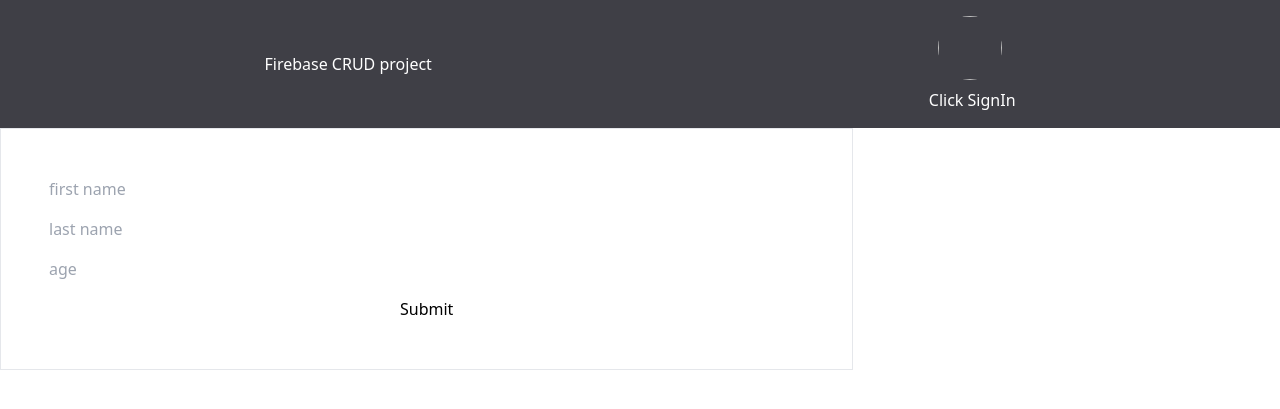
Repository: Semanmernstack/firebase-crud
Page: /
These files come from the project's save history. The page is drawn as it stood at one moment and after the next save; the edit follows.
The browser window is 1280 px wide. The pictures show the whole page.
The project was rebuilt for these pictures with package versions that can differ from the ones it lists, and the page was loaded fresh each time.

Above is the page before, as saved 2023-03-17 02:03:22.

After the next save:
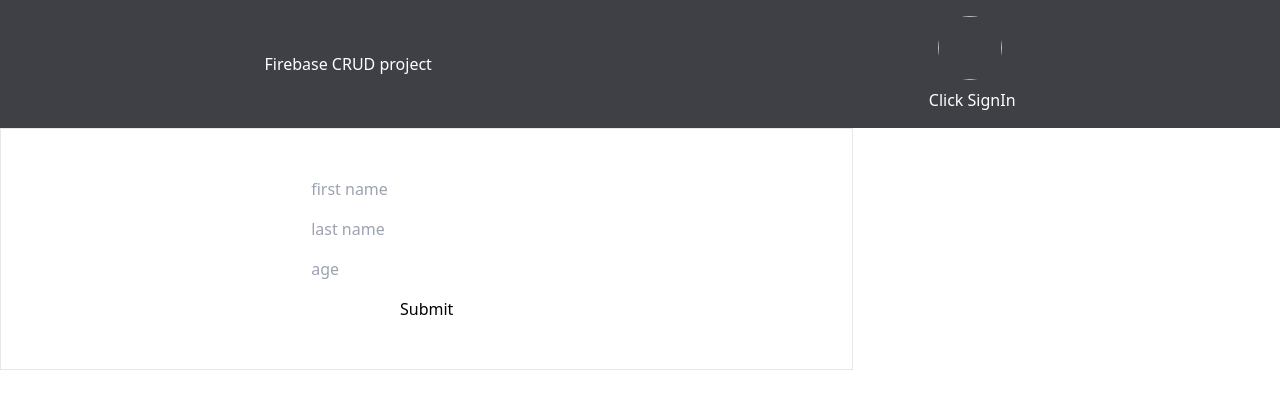
Saved 47 s later.
--- a/src/components/Body.js
+++ b/src/components/Body.js
@@ -9,8 +9,8 @@ function Body() {
     } = useForm();
     const onSubmit = data => console.log(data);
   return (
-    <div className="p-8 text-black flex flex-col w-2/3 border">
-        <form className='flex flex-col p-4 gap-4' onSubmit={handleSubmit(onSubmit)}>
+    <div className="p-8 text-black flex flex-col w-2/3 border ">
+        <form className='flex flex-col p-4 gap-4 items-center justify-center text-center' onSubmit={handleSubmit(onSubmit)}>
             <input placeholder='first name'  {...register('firstName')} />
             <input placeholder='last name' {...register('lastName', { required: true })} />
             {errors.lastName && <p>Last name is required.</p>}
